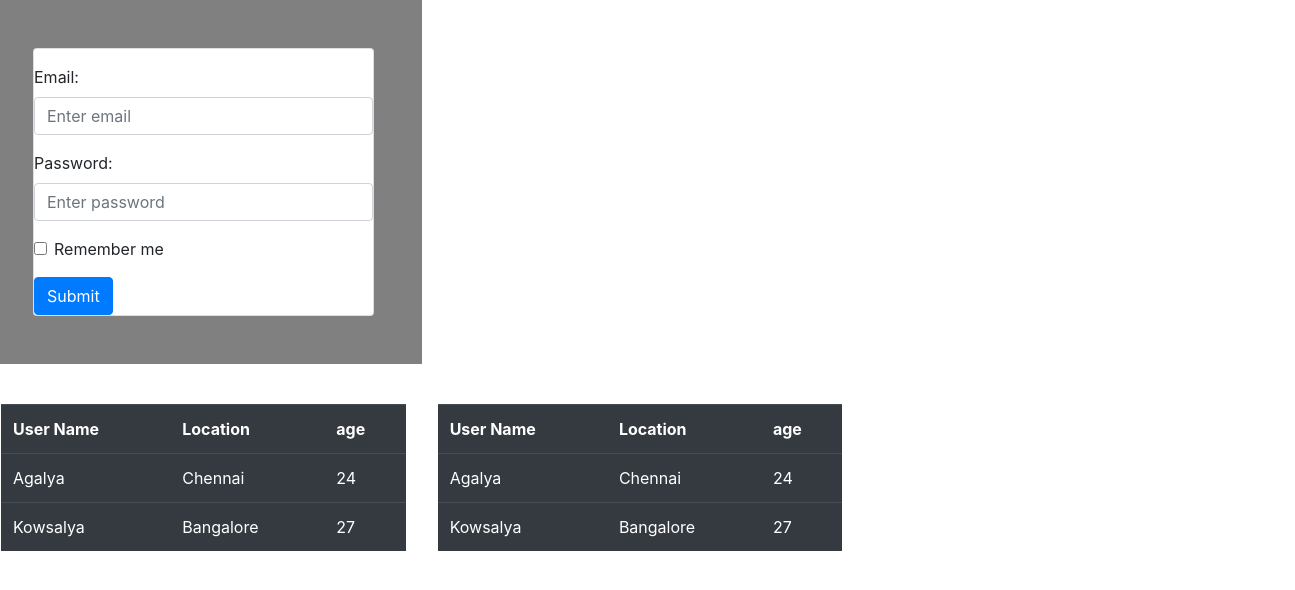
Repository: rajeshkannane/java1
Page: Form/public/index.html
The author's editor kept a copy of each file at every save. The page is drawn from the files as they stood at one save, then again after the next save.
The browser window is 1280 px wide. The page is 1295 px wide, so the pictures cover 1295 px, including what lies to the right of the window. The pictures show the whole page.

Above is the page before, as saved 2022-11-14 17:18:44.

After the next save:
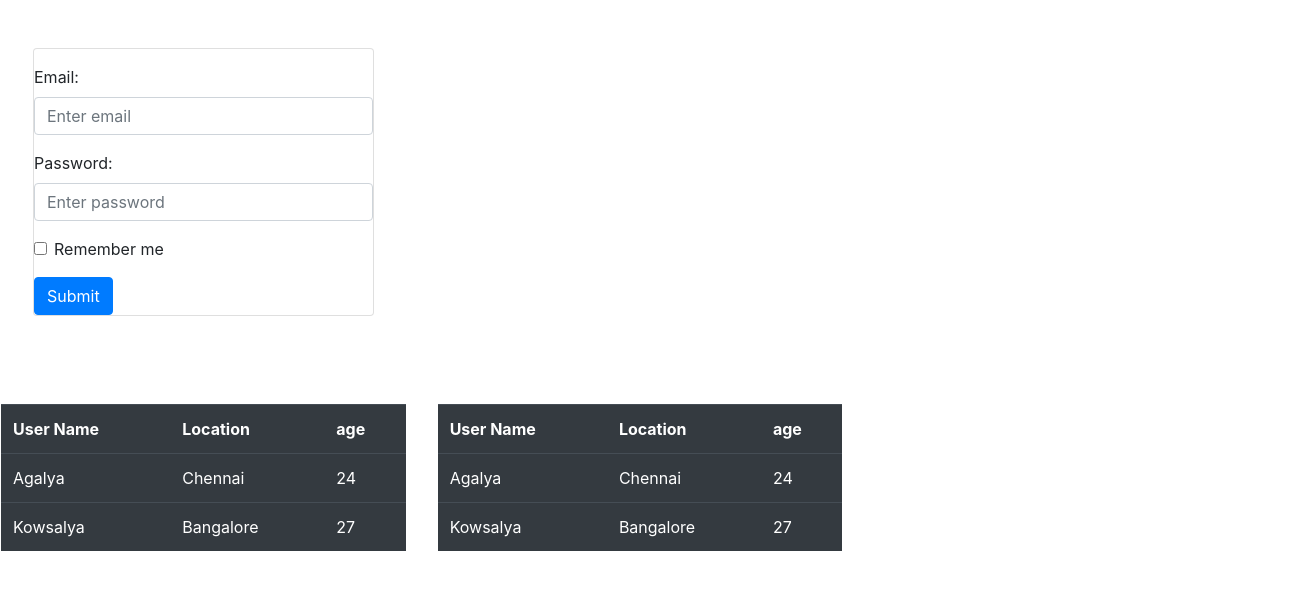
Saved 25 s later.
--- a/Form/public/index.html
+++ b/Form/public/index.html
@@ -9,7 +9,7 @@
 
 <body>
 <div class="row" >
-<div class="col-sm-4 p-5" style="border-width:10; background-color: gray" >
+<div class="col-sm-4 p-5" style="border-width:10; margin-color: gray" >
 <div class="card">
 <form action="/nextPages.html">
   <div class="mb-3 mt-3">
